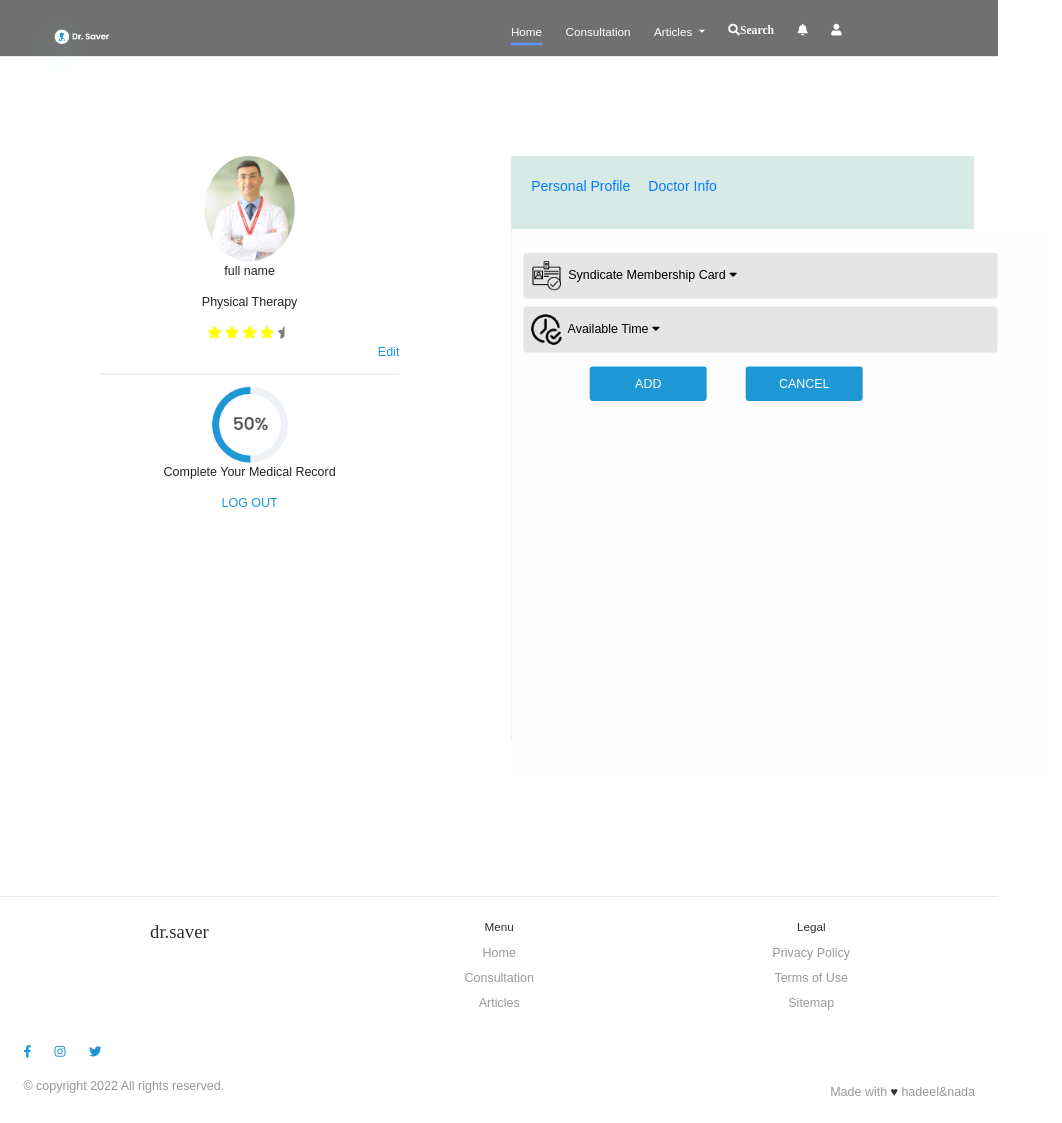
Repository: nsra/hadeel_doctor_system
Page: doctor/Dprofile.html
An editor plug-in stored every save of this project. The page is shown before and after the next save, followed by the edit.
The browser window is 1280 px wide. The page is 1361 px wide, so the pictures cover 1361 px, including what lies to the right of the window. The pictures show the whole page, at 78% of full size.
Some web fonts or font styles are not loaded; a fallback is used. Some web libraries are served in a nearby version.

Above is the page before, as saved 2022-04-09 20:39:56.

After the next save:
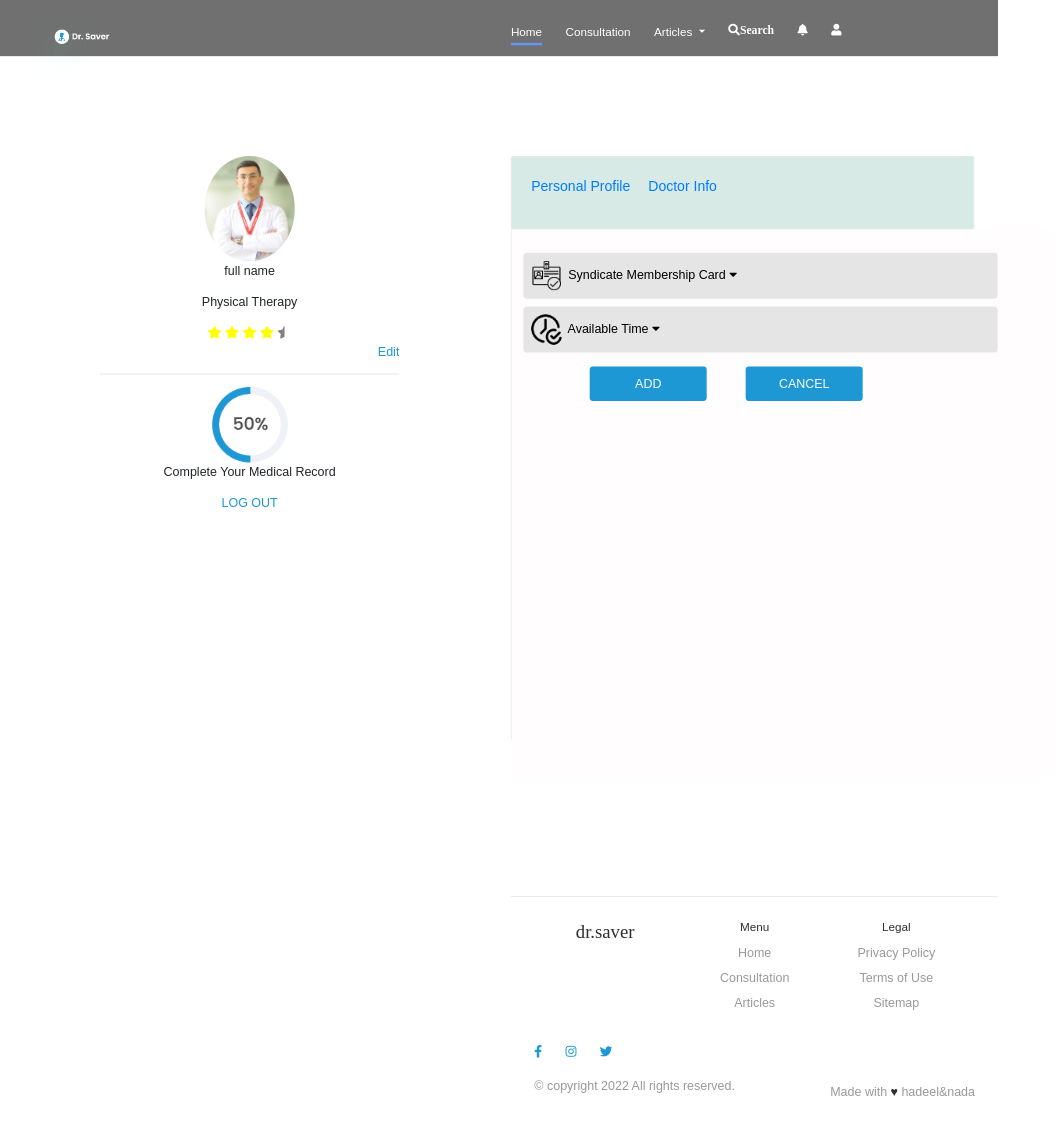
Saved 18 s later.
--- a/doctor/Dprofile.html
+++ b/doctor/Dprofile.html
@@ -269,11 +269,6 @@
                                 </div>
 
                             </form>
-                        </div>
-                    </div>
-                </div>
-
-
 
 
 <div class="left-sidebar-hover"></div>

After the save that followed:
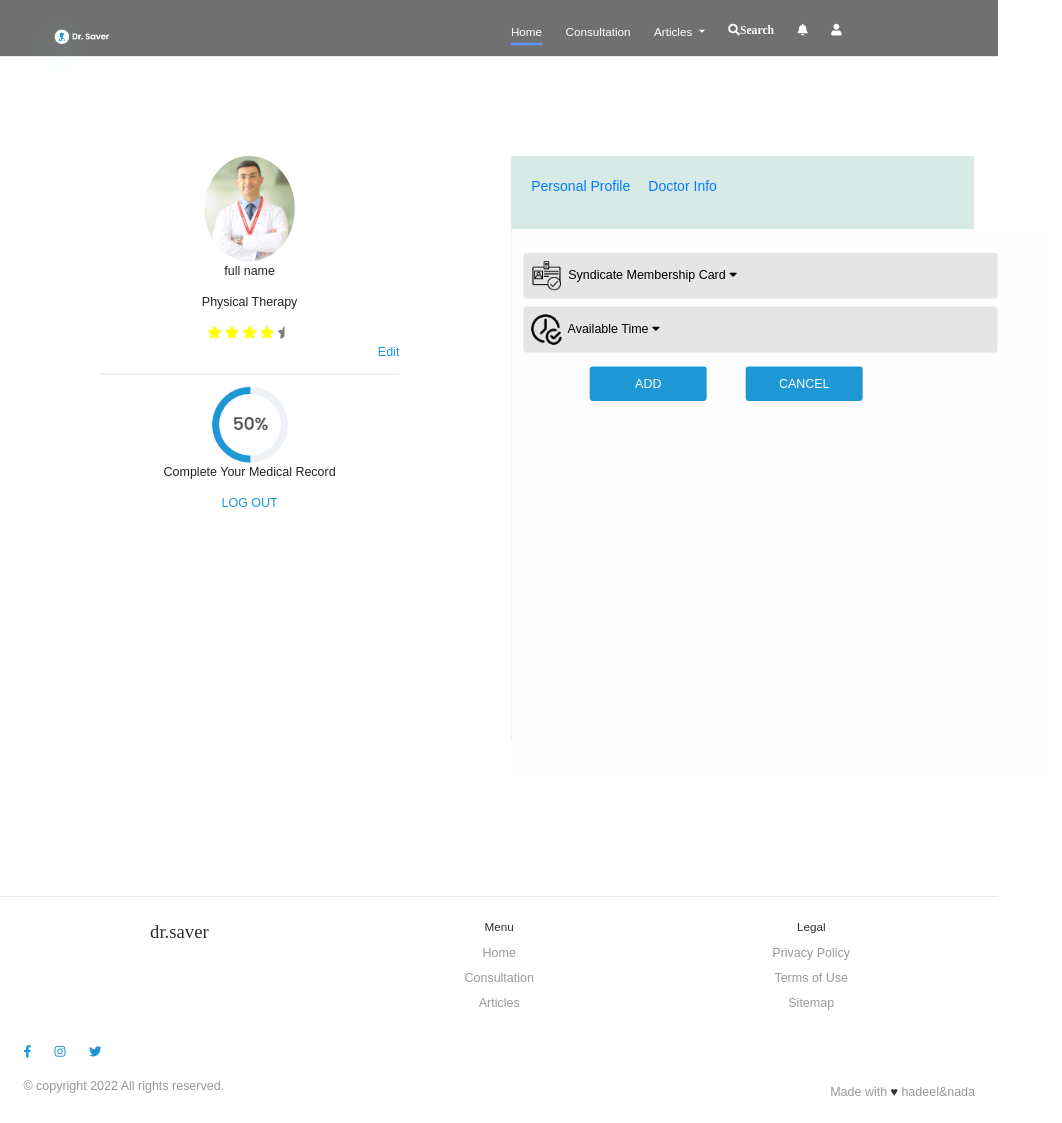
Saved 9 s later.
--- a/doctor/Dprofile.html
+++ b/doctor/Dprofile.html
@@ -269,6 +269,11 @@
                                 </div>
 
                             </form>
+                        </div>
+                    </div>
+                </div>
+
+
 
 
 <div class="left-sidebar-hover"></div>
